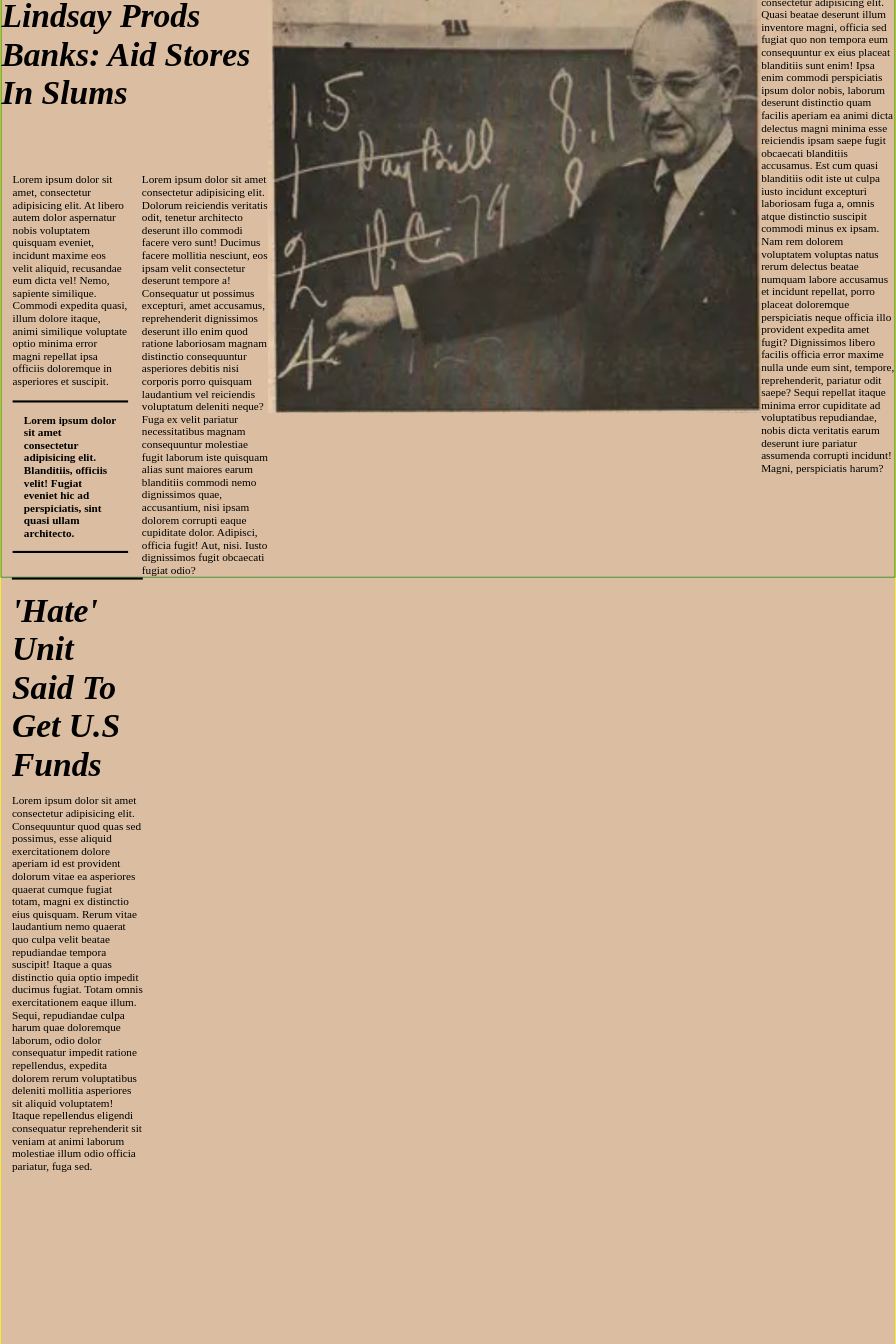
Repository: Arkitecth/newspaper-grid
Page: index.html
An editor plug-in stored every save of this project. The page is shown before and after the next save, followed by the edit.
The browser window is 1280 px wide. The pictures show the part of the page from y = 460 to 2380 px (the page is 2986 px tall before and 4234 px after), at 70% of full size.

Above is the page before, as saved 2023-05-29 19:44:23.

### index.html
<!DOCTYPE html>
<html lang="en">
<head>
    <meta charset="UTF-8">
    <meta http-equiv="X-UA-Compatible" content="IE=edge">
    <meta name="viewport" content="width=device-width, initial-scale=1.0">
    <link rel="stylesheet" href="styles.css">
    <title>News Paper</title>
</head>
<body>
    <header id="header">
        <div>
            <h1>New York Forum</h1>
        </div>
        <div class="aside">
            <h3>Final</h3>
            <p>Thursdsy August 3rd, 1987</p>

            <h3>Weather</h3>
            <p>Lorem ipsum dolor, sit amet consectetur adipisicing elit. Asperiores dolorum doloribus officia enim obcaecati culpa, quaerat magni laboriosam! Impedit nihil accusamus unde tenetur veniam repellendus mollitia sed modi voluptate doloremque!</p>
        </div>
        <div class="divider"></div>
        <div class="divider"></div>
    </header>
    <main>
        <h2>Johnson Asks 10% Income-Tax Surcharge</h2>
        <div class="main-grid">
            <div class="first-row">
                <div class="sub-grid">
                    <h3>Lindsay Prods Banks: Aid Stores in Slums</h3>
                    <div class="sub-row">
                        <div class="left">
                            <p>Lorem ipsum dolor sit amet, consectetur adipisicing elit. At libero autem dolor aspernatur nobis voluptatem quisquam eveniet, incidunt maxime eos velit aliquid, recusandae eum dicta vel! Nemo, sapiente similique. Commodi expedita quasi, illum dolore itaque, animi similique voluptate optio minima error magni repellat ipsa officiis doloremque in asperiores et suscipit.</p>
                            <br>
                            <p class="highlight">Lorem ipsum dolor sit amet consectetur adipisicing elit. Blanditiis, officiis velit! Fugiat eveniet hic ad perspiciatis, sint quasi ullam architecto.</p>
                        </div>
                        <div class="right">
                            <p>Lorem ipsum dolor sit amet consectetur adipisicing elit. Dolorum reiciendis veritatis odit, tenetur architecto deserunt illo commodi facere vero sunt! Ducimus facere mollitia nesciunt, eos ipsam velit consectetur deserunt tempore a! Consequatur ut possimus excepturi, amet accusamus, reprehenderit dignissimos deserunt illo enim quod ratione laboriosam magnam distinctio consequuntur asperiores debitis nisi corporis porro quisquam laudantium vel reiciendis voluptatum deleniti neque? Fuga ex velit pariatur necessitatibus magnam consequuntur molestiae fugit laborum iste quisquam alias sunt maiores earum blanditiis commodi nemo dignissimos quae, accusantium, nisi ipsam dolorem corrupti eaque cupiditate dolor. Adipisci, officia fugit! Aut, nisi. Iusto dignissimos fugit obcaecati fugiat odio?</p>
                        </div>
                    </div>

                </div>

                <div class="middle-content">
                    <img src="assets/teacher.png" alt="teacher teaching stuff">
                </div>

                <div class="right-content">
                    <p>Lorem ipsum dolor sit amet consectetur adipisicing elit. Quasi beatae deserunt illum inventore magni, officia sed fugiat quo non tempora eum consequuntur ex eius placeat blanditiis sunt enim! Ipsa enim commodi perspiciatis ipsum dolor nobis, laborum deserunt distinctio quam facilis aperiam ea animi dicta delectus magni minima esse reiciendis ipsam saepe fugit obcaecati blanditiis accusamus. Est cum quasi blanditiis odit iste ut culpa iusto incidunt excepturi laboriosam fuga a, omnis atque distinctio suscipit commodi minus ex ipsam. Nam rem dolorem voluptatem voluptas natus rerum delectus beatae numquam labore accusamus et incidunt repellat, porro placeat doloremque perspiciatis neque officia illo provident expedita amet fugit? Dignissimos libero facilis officia error maxime nulla unde eum sint, tempore, reprehenderit, pariatur odit saepe? Sequi repellat itaque minima error cupiditate ad voluptatibus repudiandae, nobis dicta veritatis earum deserunt iure pariatur assumenda corrupti incidunt! Magni, perspiciatis harum?</p>
                </div>
            </div>


            <div class="second-row">
                <div class="sub-grid">
                    <div class="left">
                        <h3>'Hate' Unit Said to Get U.S Funds</h3>
                        <p>Lorem ipsum dolor sit amet consectetur adipisicing elit. Consequuntur quod quas sed possimus, esse aliquid exercitationem dolore aperiam id est provident dolorum vitae ea asperiores quaerat cumque fugiat totam, magni ex distinctio eius quisquam. Rerum vitae laudantium nemo quaerat quo culpa velit beatae repudiandae tempora suscipit! Itaque a quas distinctio quia optio impedit ducimus fugiat. Totam omnis exercitationem eaque illum. Sequi, repudiandae culpa harum quae doloremque laborum, odio dolor consequatur impedit ratione repellendus, expedita dolorem rerum voluptatibus deleniti mollitia asperiores sit aliquid voluptatem! Itaque repellendus eligendi consequatur reprehenderit sit veniam at animi laborum molestiae illum odio officia pariatur, fuga sed.</p>
                    </div>
                    <div class="middle">
                        <div class="sub-row">

                        </div>
                    </div>
                </div>


            </div>

            <div class="third-row">
            </div>




        </div>
    </main>

</body>
</html>

### styles.css
* {
    padding: 0;
    margin: 0;
}

body {
    background-color: #dbbea1;
    max-width: 1500px;
}

h1,h3 {
    text-transform: uppercase;
}
#header {
    padding: 3.125rem;
    display: grid;
    grid-template-columns: 2fr 1fr;
}


/* Header */
#header h1 {
    text-align: center;
    font-size: 3rem;
}

h2 {
    text-align: center;
    width: 100%;
    font-size: 4.2rem;
}

.aside {
    border-left: 4px solid black;
    padding-left: 30px;
}

.aside p {
    padding-top: 0.5rem;
    margin-bottom: 2rem;
}

.divider {
    border: 2px solid black;
    width: 100%;
}

.main-grid{
    display: grid;
    grid-template-rows: 1fr 1fr 1fr;
    padding-top: 20px;
    border: 1px solid yellow

}

/* First Row */
.first-row {
    display: grid;
    grid-template-columns: 2fr 3fr 1fr;
    border: 1px solid green;
}


.sub-grid {
    display: grid;
    grid-template-rows: 1fr;
    gap: 20px;
}

.sub-row {
    display: grid;
    grid-template-columns: 1fr 1fr;
    gap: 20px;
}

.sub-grid  h3 {
    font-size: 3rem;
    font-style: italic;
    border-top: 3px solid black;
    padding-bottom: 1rem;
    padding-top: 1rem;
    text-transform: capitalize;
}
.left{
    padding-left: 1rem;
}

.highlight {
    font-weight: bold;
    border-top: 3px solid black;
    padding: 1rem;
    border-bottom: 3px solid black;
}


/* Second Row */
.second-row {
    display: grid;
    grid-template-columns: 1fr 1fr 1fr;
}

.second-row .sub-grid {
    grid-template-columns: 1fr 1fr;
}
.second-row h3 {
    font-size: 3rem;
    font-style: italic;
    text-transform: capitalize;
}

After the next save:
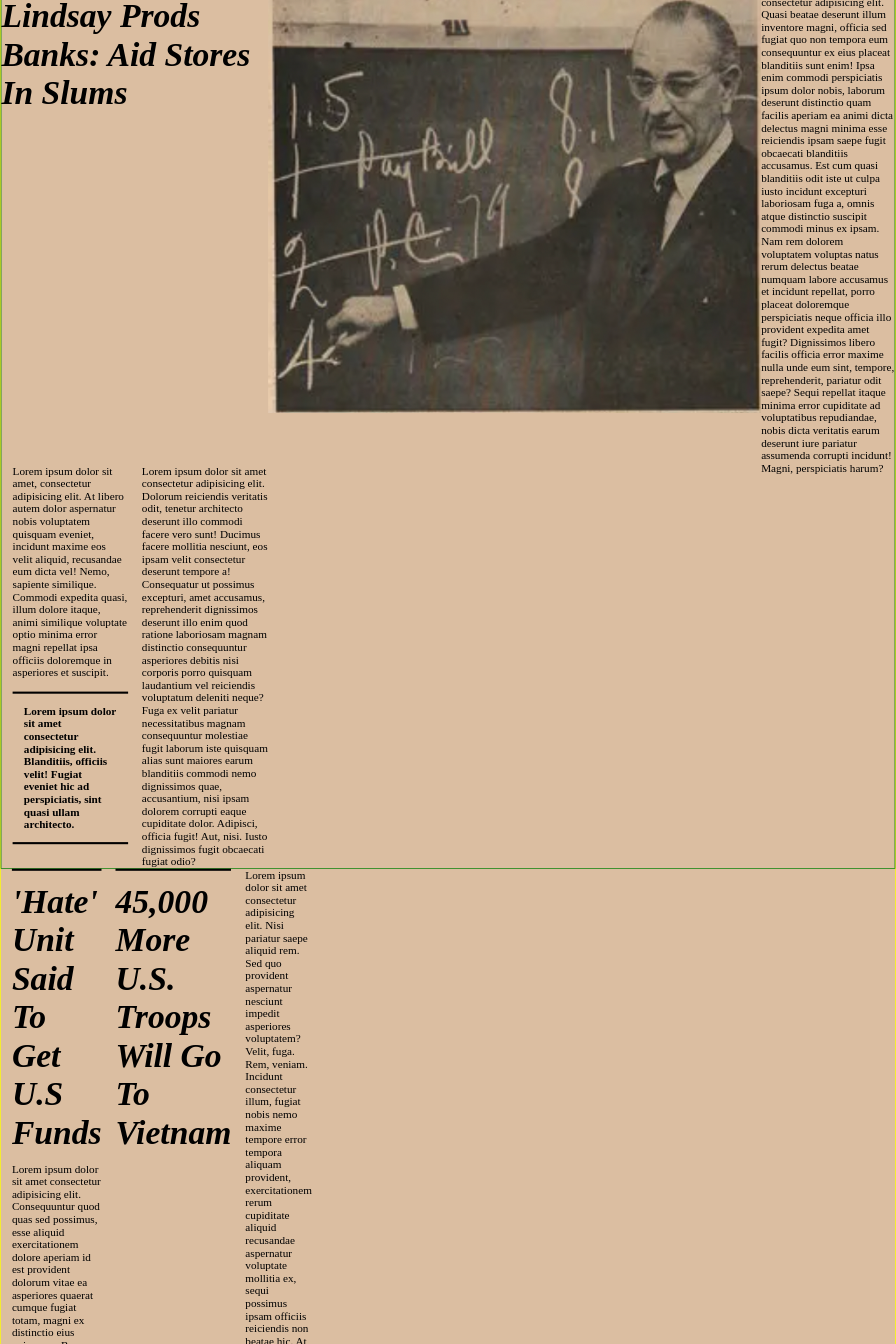
Saved 8 s later.
--- a/index.html
+++ b/index.html
@@ -59,7 +59,8 @@
                     </div>
                     <div class="middle">
                         <div class="sub-row">
-
+                            <h3>45,000 More U.S. Troops Will Go to Vietnam</h3>
+                            <p>Lorem ipsum dolor sit amet consectetur adipisicing elit. Nisi pariatur saepe aliquid rem. Sed quo provident aspernatur nesciunt impedit asperiores voluptatem? Velit, fuga. Rem, veniam. Incidunt consectetur illum, fugiat nobis nemo maxime tempore error tempora aliquam provident, exercitationem rerum cupiditate aliquid recusandae aspernatur voluptate mollitia ex, sequi possimus ipsam officiis reiciendis non beatae hic. At, vitae totam! Reprehenderit at, est, quasi tenetur eius perspiciatis, voluptatibus modi provident nulla ut ea placeat reiciendis repudiandae nobis sed alias porro cum. Omnis atque tempore, nulla corporis iure quos incidunt ullam aperiam id dolore ipsam laborum nam maxime ipsum minus dicta temporibus optio possimus?</p>
                         </div>
                     </div>
                 </div>
